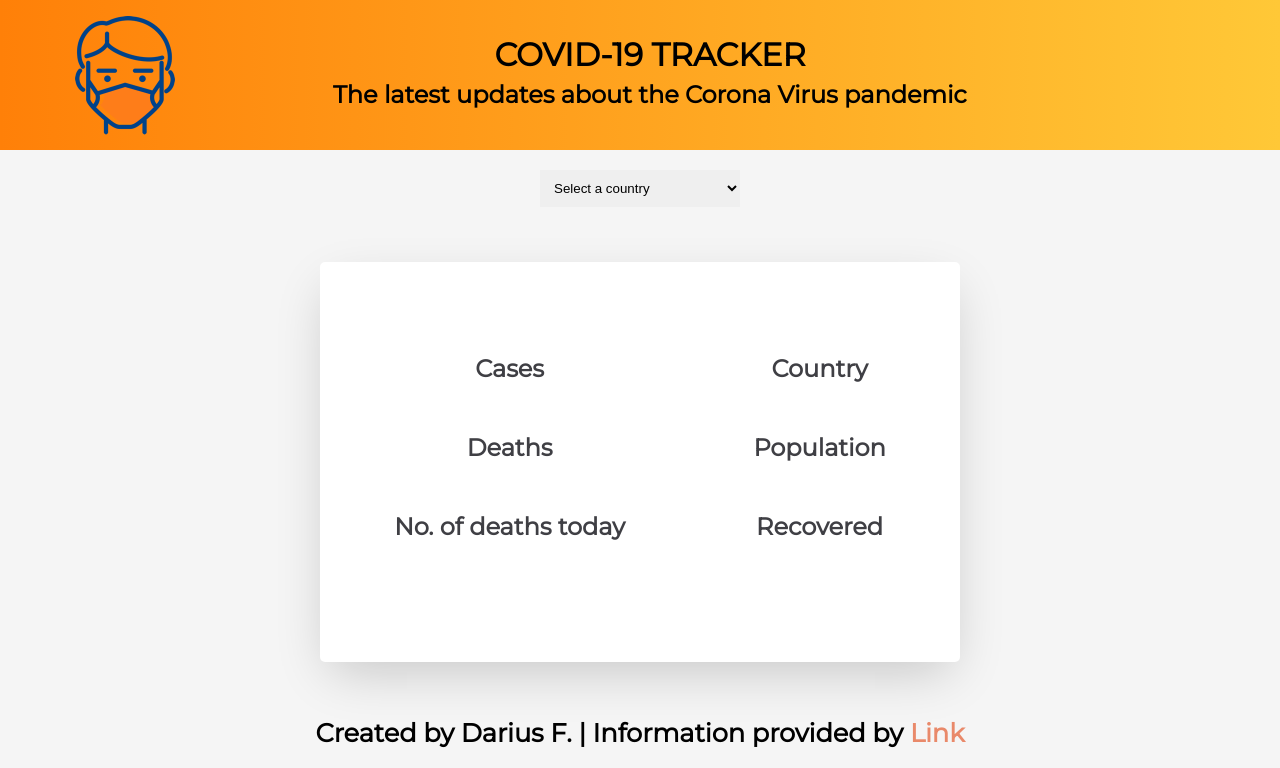
Repository: dariusfarcasanu/Covid-Tracker
Page: index.html
The author's editor kept a copy of each file at every save. The page is drawn from the files as they stood at one save, then again after the next save.
The browser window is 1280 px wide. The pictures show the whole page.
The page's requests for data from a server got no answer.

Above is the page before, as saved 2021-05-12 16:24:54.

After the next save:
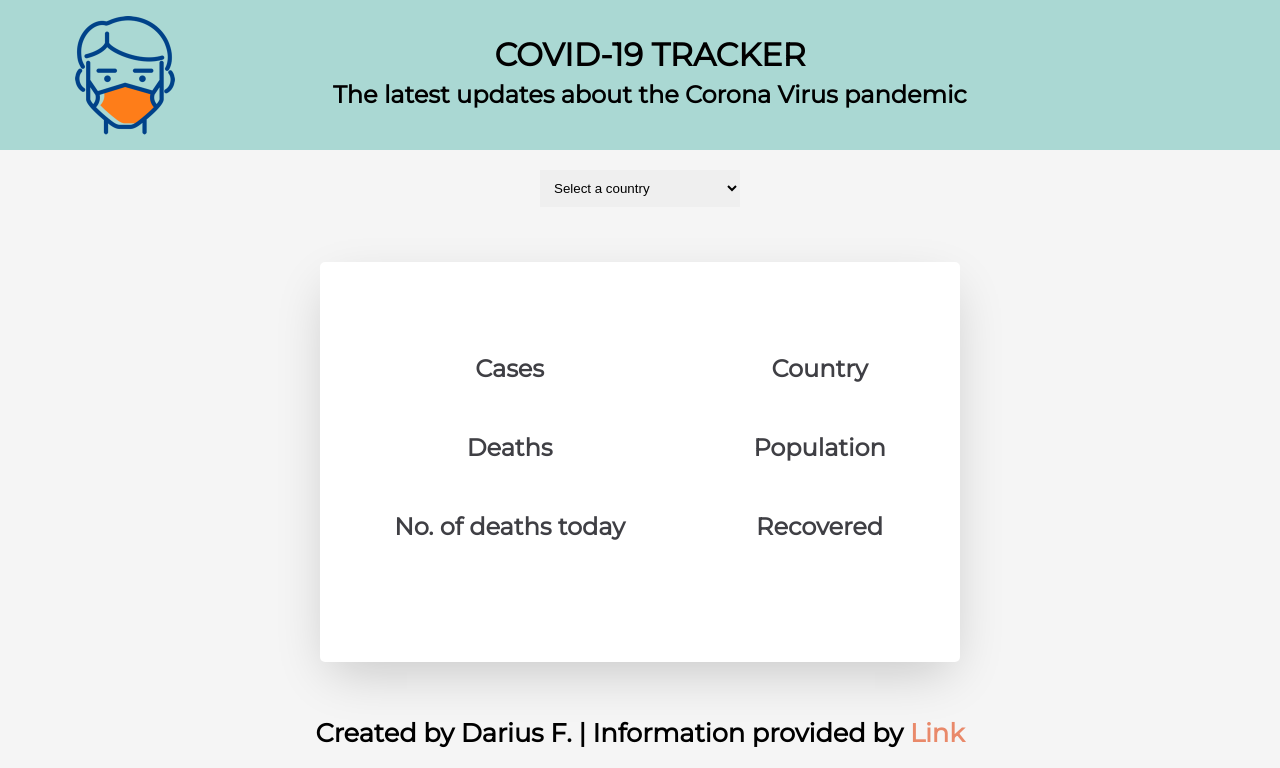
Saved 57 s later.
--- a/styles.css
+++ b/styles.css
@@ -24,7 +24,7 @@ h3 {
 header {
   /* background: linear-gradient(to right, #ff9068, #fd746c); */
 
-  background: linear-gradient(to right, #ff8008, #ffc837);
+  background: #aad8d3;
 
   text-align: center;
   line-height: 2.5rem;
